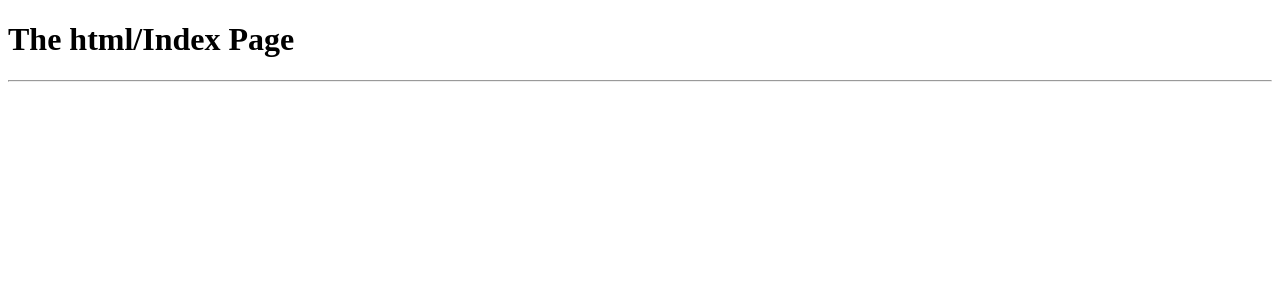
Repository: hohoTT/Ajax_summarize
Page: AjaxHelloDemo/WebContent/html/index.html
These files come from the project's save history. The page is drawn as it stood at one moment and after the next save; the edit follows.
The browser window is 1280 px wide. The pictures show the whole page.

Above is the page before, as saved 2016-04-13 02:18:33.

After the next save:
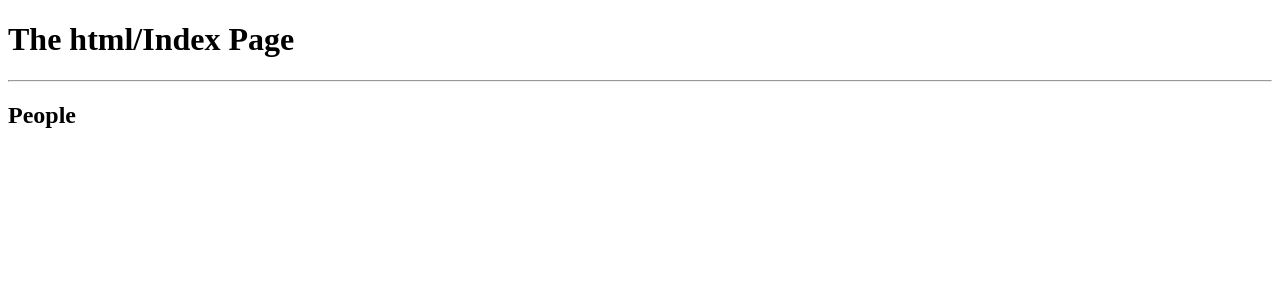
Saved 33 s later.
--- a/AjaxHelloDemo/WebContent/html/index.html
+++ b/AjaxHelloDemo/WebContent/html/index.html
@@ -8,6 +8,8 @@
 
 	<h1>The html/Index Page</h1><hr/>
 
+	<h2>People</h2><br>
+
 
 
 </body>
